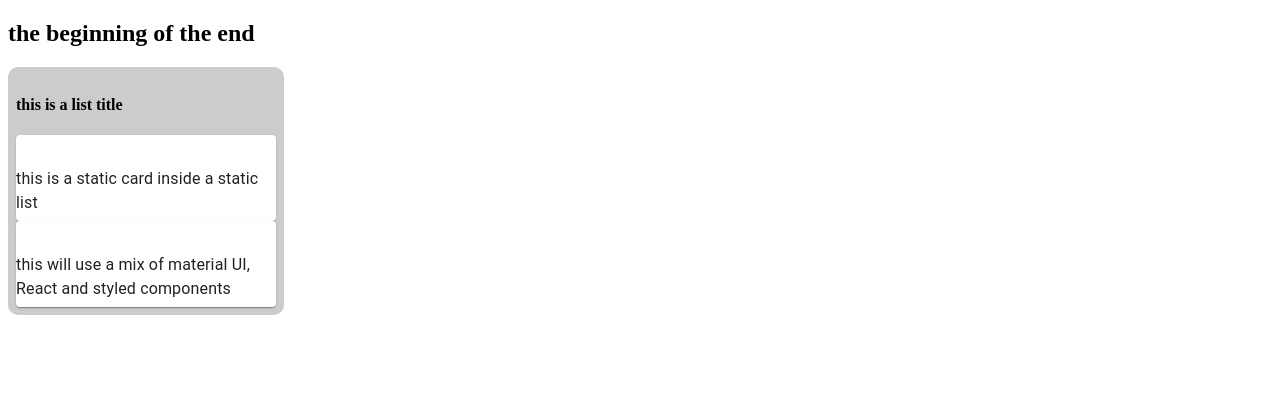
Repository: DesterStorm/Crello
Page: /
The author's editor kept a copy of each file at every save. The page is drawn from the files as they stood at one save, then again after a run of saves.
The browser window is 1280 px wide. The pictures show the whole page.
The project was rebuilt for these pictures with package versions that can differ from the ones it lists, and the page was loaded fresh each time.

Above is the page before, as saved 2020-05-12 14:55:05.

### src/index.js
import React from 'react';
import ReactDOM from 'react-dom';
import { Provider } from "react-redux"
import store from './store'
import App from './components/App';
import * as serviceWorker from './serviceWorker';

ReactDOM.render(
  <Provider store={store}>
    <App />
  </Provider>,
  document.getElementById('root')
);

// If you want your app to work offline and load faster, you can change
// unregister() to register() below. Note this comes with some pitfalls.
// Learn more about service workers: https://bit.ly/CRA-PWA
serviceWorker.unregister();

### src/store/index.js
import { createStore } from 'redux'
import rootReducer from '../reducers'



const store = createStore(rootReducer)

export default store

### src/components/App.js
import React, { Component } from 'react';
import CrelloList from './CrelloList'
import { connect } from 'react-redux'

class App extends Component {
  render () {
    const { lists } =  this.props
    return (
      <div className="App">
        <h2>the beginning of the end</h2>
        { lists.map(list => (
          <CrelloList title={list.title} cards={list.cards} />
        ))}
      </div>
    );
  }
}

const mapStateToProps = state => ({
  lists: state.lists
})

export default connect(mapStateToProps)(App);

### src/reducers/index.js
import {combineReducers} from 'redux'
import listsReducer from './listsReducer'

export default combineReducers({
  lists: listsReducer
})

### src/components/CrelloList.js
import React from 'react'
import CrelloCard from './CrelloCard'

const CrelloList = ({title, cards}) => {
  return (
    <div style={styles.container}>
    <h4>{title}</h4>
    { cards.map(card => (
      <CrelloCard text={card.text} />
      ))}
    </div>
  )
}

const styles = {
  container: {
    backgroundColor: '#ccc',
    borderRadius: 10,
    width: 260,
    padding: 8
  }
}

export default CrelloList

### src/reducers/listsReducer.js

const initialState = [
  {
    title: 'this is a list title',
    id: 0,
    cards: [
      {
        id: 0,
        text: 'this is a static card inside a static list'
      },
      {
        id: 1,
        text: 'this will use a mix of material UI, React and styled components'
      }
    ]
  }
]

const listsReducer = (state = initialState, action) => {
  switch (action.type) {
    default:
      return state
  }
}

export default listsReducer

### src/components/CrelloCard.js
import React from 'react'
import Card from '@material-ui/core/Card';
import Typography from '@material-ui/core/Typography';
import CardContent from '@material-ui/core/CardContent';

const CrelloCard = ({text}) => {
  return(
    <Card>
      <CardContent></CardContent>
      <Typography gutterBottom>
        {text}
      </Typography>
    </Card>
  )
}

export default CrelloCard

Loaded but not shown: public/index.html (common file); src/serviceWorker.js (common file)

After the next 2 saves:
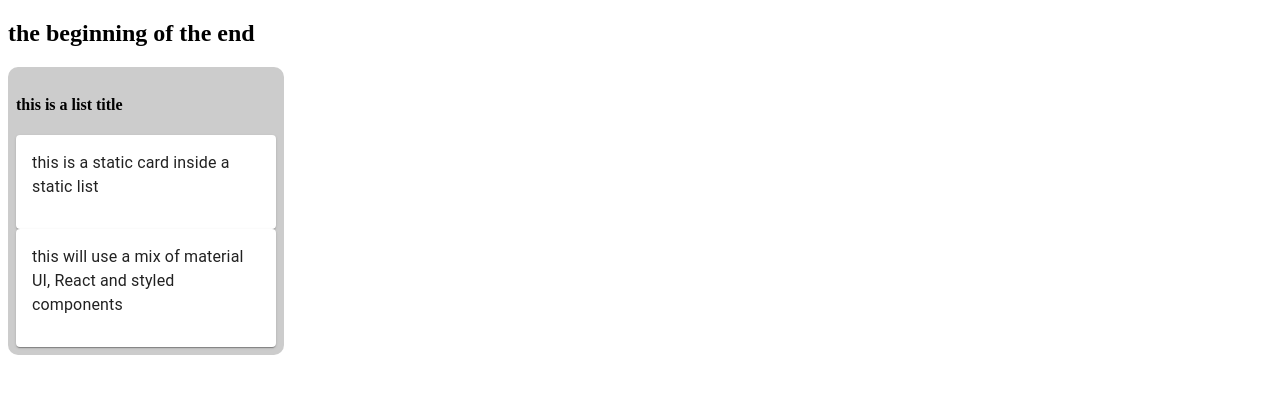
The 2 saves are shown as one change because they came seconds apart.
The last was saved 8 s later.
--- a/src/components/CrelloCard.js
+++ b/src/components/CrelloCard.js
@@ -6,10 +6,11 @@ import CardContent from '@material-ui/core/CardContent';
 const CrelloCard = ({text}) => {
   return(
     <Card>
-      <CardContent></CardContent>
+      <CardContent>
       <Typography gutterBottom>
         {text}
       </Typography>
+      </CardContent>
     </Card>
   )
 }
